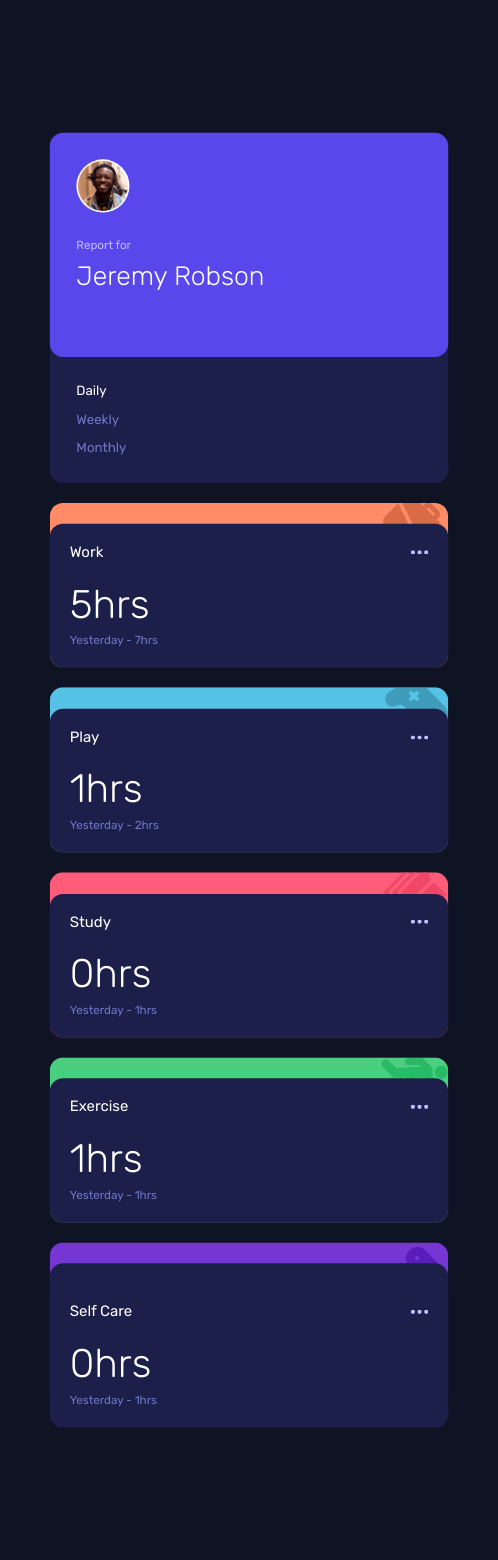
Repository: Jay-JYKim91/FM_time-tracking-dashboard
Page: index.html
An editor plug-in stored every save of this project. The page is shown before and after the next save, followed by the edit.
The browser window is 600 px wide. The pictures show the whole page, at 83% of full size.

Above is the page before, as saved 2021-12-19 22:42:08.

After the next save:
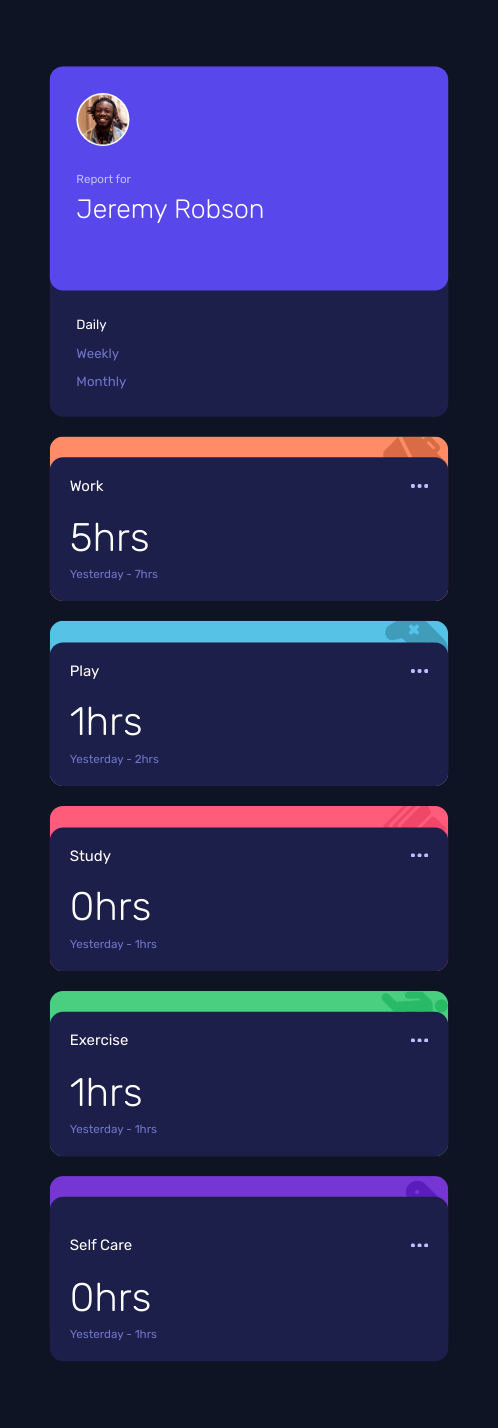
Saved 79 s later.
--- a/style.css
+++ b/style.css
@@ -179,5 +179,6 @@ p {
   .container {
     grid-template-columns: 100%;
     grid-template-rows: repeat(7, 1fr);
+    margin: 10vh auto;
   }
 }
